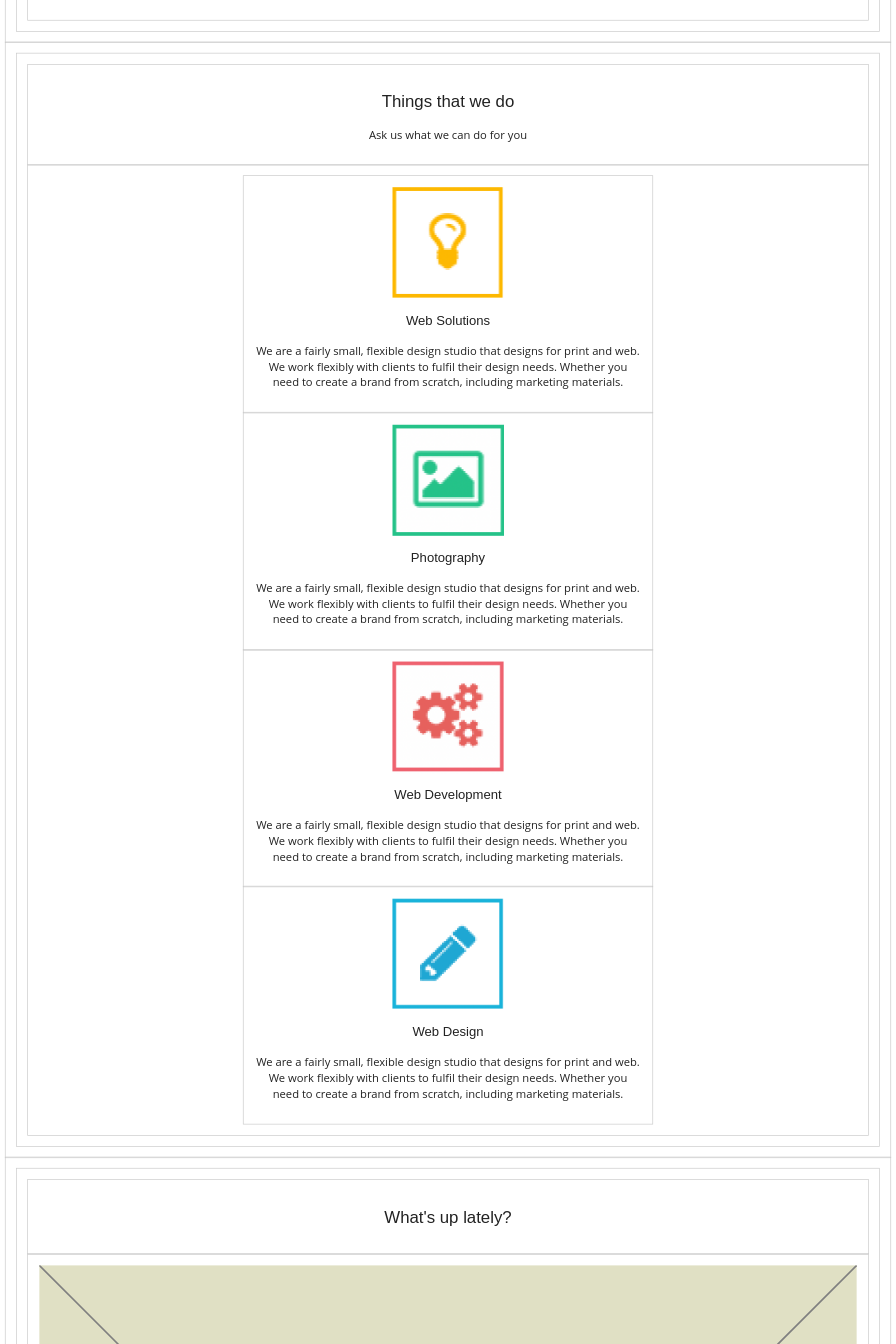
Repository: lpcmendoza/LAB02BF_Group9
Page: index.html
These files come from the project's save history. The page is drawn as it stood at one moment and after the next save; the edit follows.
The browser window is 1280 px wide. The pictures show the part of the page from y = 1679 to 3599 px (the page is 15864 px tall before and 15775 px after), at 70% of full size.

Above is the page before, as saved 2024-02-11 21:59:25.

After the next save:
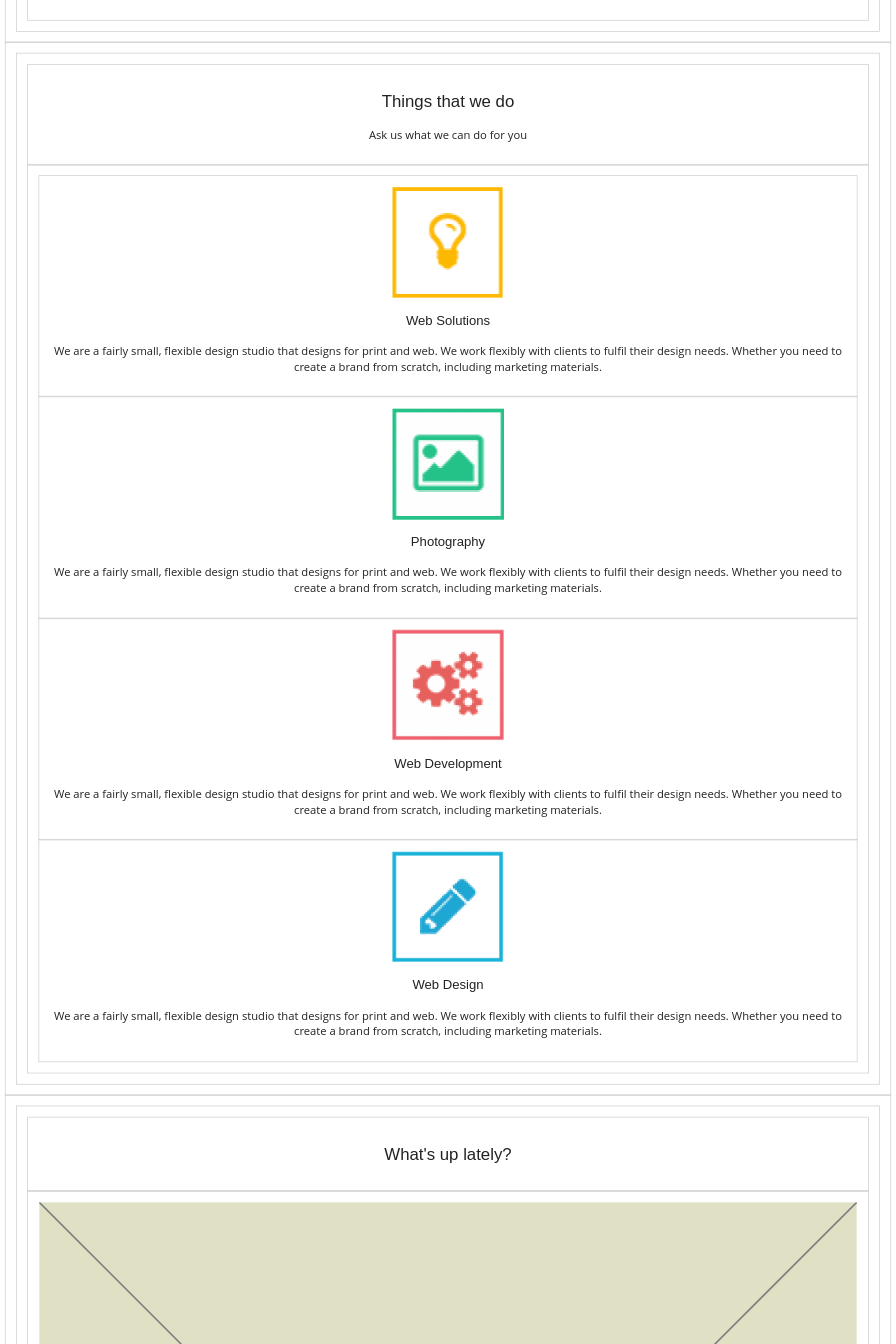
Saved 15 s later.
--- a/css/style.css
+++ b/css/style.css
@@ -241,11 +241,6 @@
     grid-gap: 20px;
   }
 
-  .what-we-do-container-body {
-    width: 50%;
-    margin: auto;
-  }
-
   .icons {
     max-width: 10em;
     max-height: 10em;

After the save that followed:
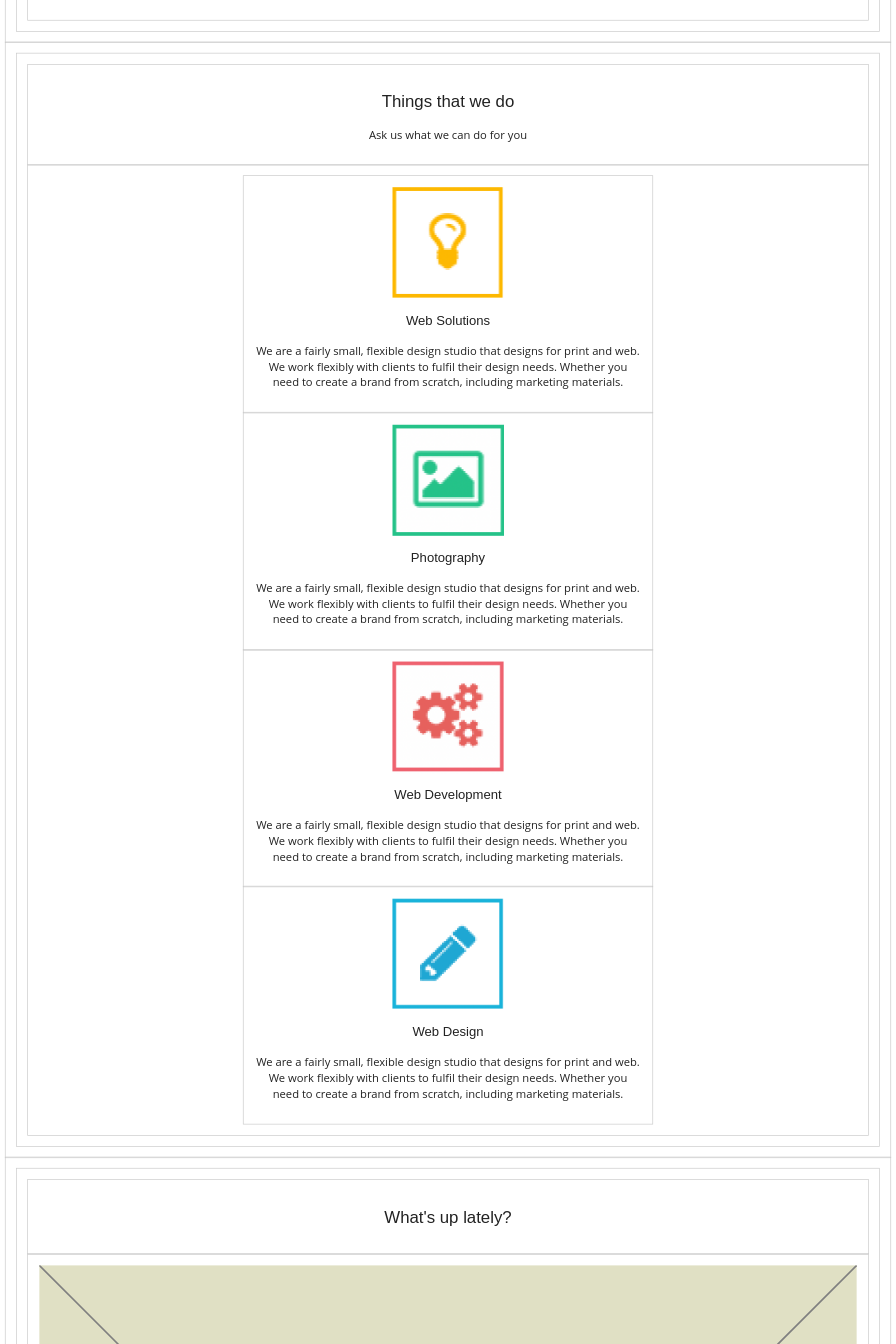
Saved 43 s later.
--- a/css/style.css
+++ b/css/style.css
@@ -238,7 +238,11 @@
   .what-we-do-content {
     display: grid;
     grid-template-columns: 1fr 1fr;
-    grid-gap: 20px;
+  }
+
+  .what-we-do-container-body {
+    width: 50%;
+    margin: auto;
   }
 
   .icons {
